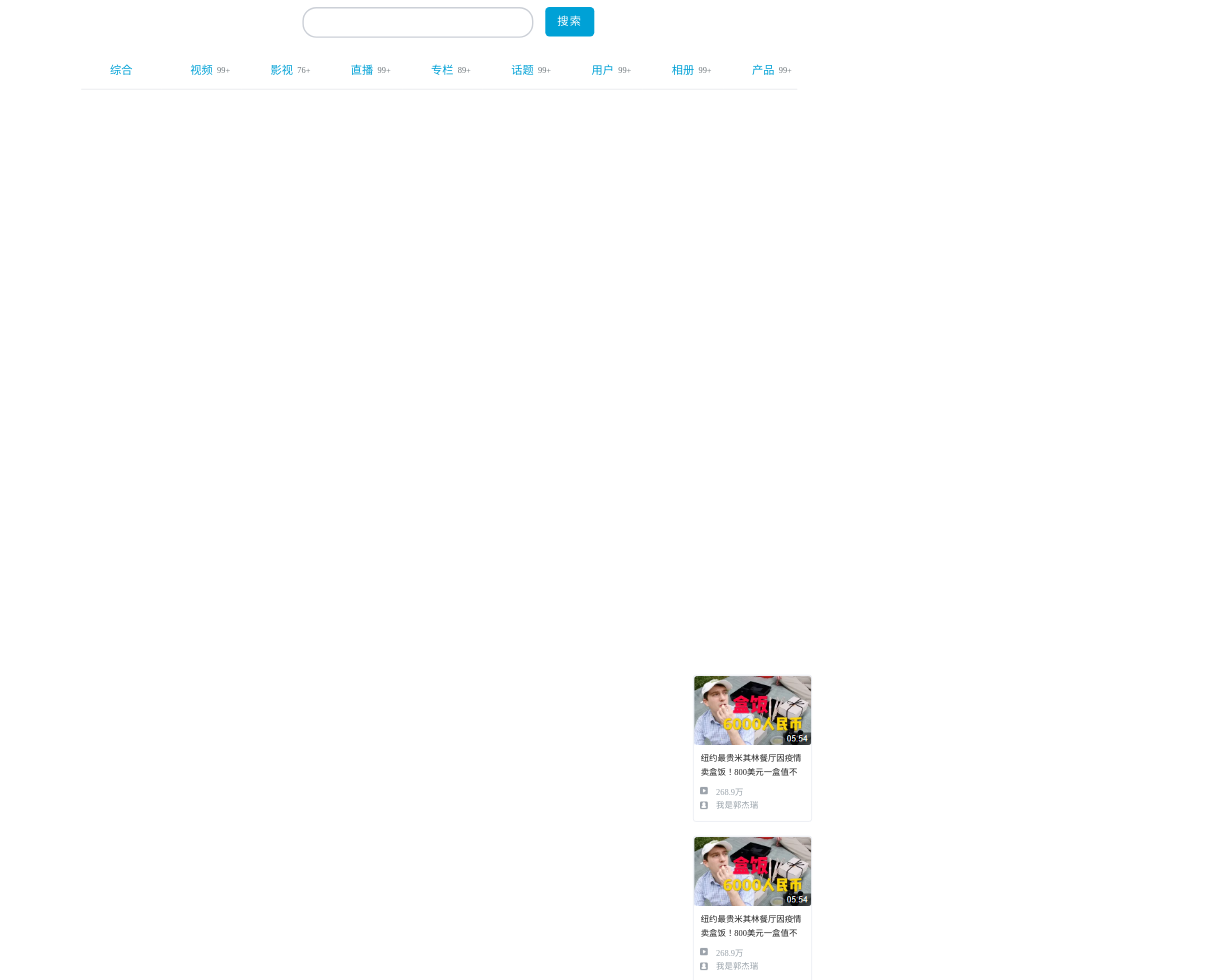
Repository: red-code-yl/web-project
Page: doc/food.html
An editor plug-in stored every save of this project. The page is shown before and after the next save, followed by the edit.
The browser window is 1280 px wide. The page is 1750 px wide, then 1280 px, so the pictures cover 1750 px, including what lies to the right of the window. The pictures show the part of the page from y = 0 to 1400 px (the page is 3704 px tall before and 848 px after), at 70% of full size.

Above is the page before, as saved 2020-06-18 16:29:22.

After the next save:
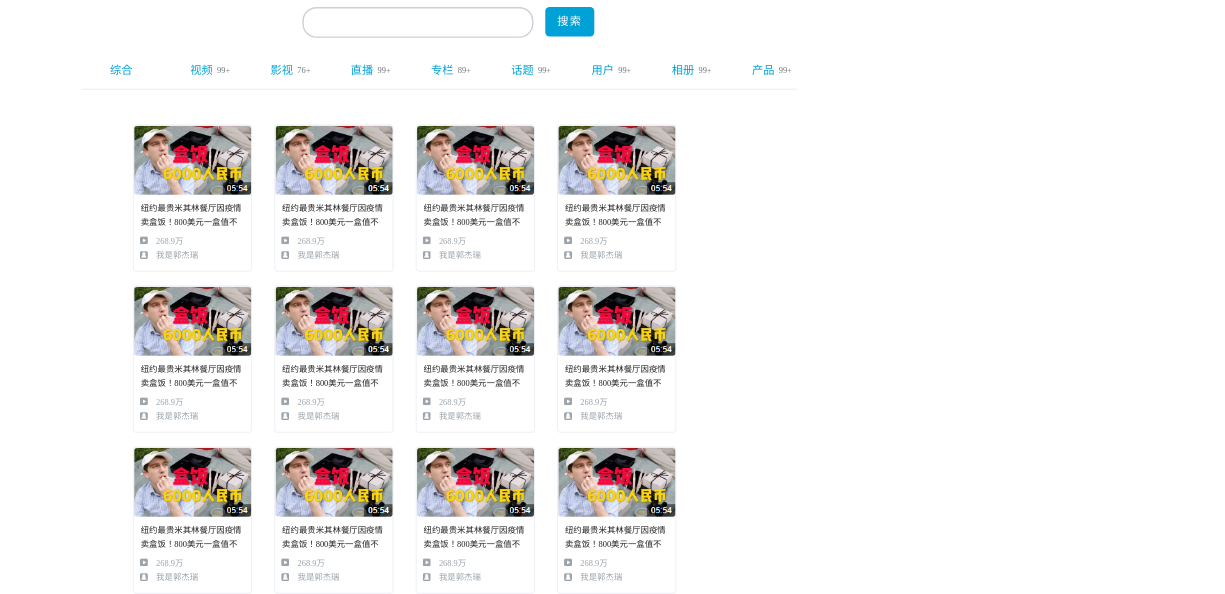
Saved 14 s later.
--- a/css/food.css
+++ b/css/food.css
@@ -108,7 +108,7 @@ li span{
 }
 .all-list{
     margin-bottom: 30px;
-    padding: 800px;
+    pa
 }
 .video-list{
     margin-right: -32px;
